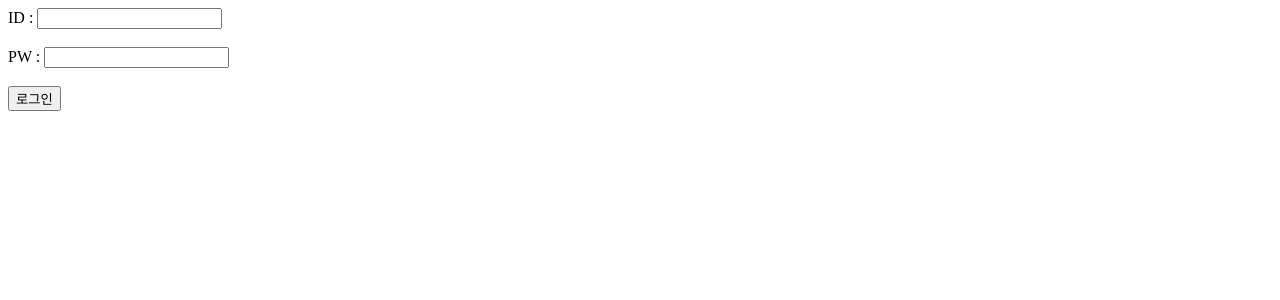
Repository: jjuhye/JSPWorkspace
Page: http://localhost/basic/03_session/login.jsp
The author's editor kept a copy of each file at every save. The page is drawn from the files as they stood at one save, then again after the next save.
The browser window is 1280 px wide. The pictures show the whole page.
The page is served by Tomcat 9. Other server files are loaded and not shown.

Above is the page before, as saved 2023-02-21 08:51:53.

### basic/src/main/webapp/03_session/login.jsp
<%@ page language="java" contentType="text/html; charset=UTF-8"
    pageEncoding="UTF-8"%>
<!DOCTYPE html>
<html>
<head>
<meta charset="UTF-8">
<title>Insert title here</title>
</head>
<body>


<form method="post" action="loginPro.jsp">
 ID : <input type="text" name="id" /> <br><br>
 PW : <input type="text" name="pw" /> <br><br>
<input type="submit" value="로그인" />

</form>

</body>
</html>

After the next save:
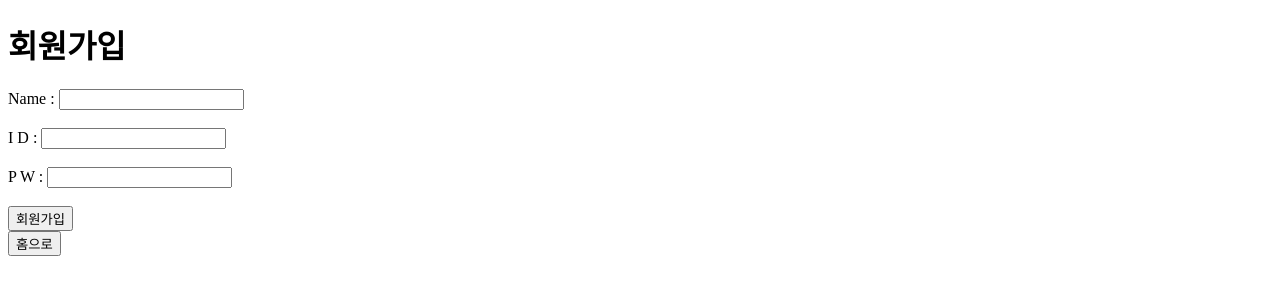
Saved 1 s later.
--- a/basic/src/main/webapp/03_session/login.jsp
+++ b/basic/src/main/webapp/03_session/login.jsp
@@ -7,14 +7,17 @@
 <title>Insert title here</title>
 </head>
 <body>
+<h1>회원가입</h1>
+<form action="joinPro.jsp" method="post">
 
+	Name : <input type="text" name="name" /><br><br>
+	I  D : <input type="text" name="id" /><br><br>
+	P  W : <input type="text" name="pw" /><br><br>
+	<input type="submit" value="회원가입" />
+</form>
 
-<form method="post" action="loginPro.jsp">
- ID : <input type="text" name="id" /> <br><br>
- PW : <input type="text" name="pw" /> <br><br>
-<input type="submit" value="로그인" />
+<button onclick="location.href='index.jsp'">홈으로</button>
 
-</form>
 
 </body>
 </html>
